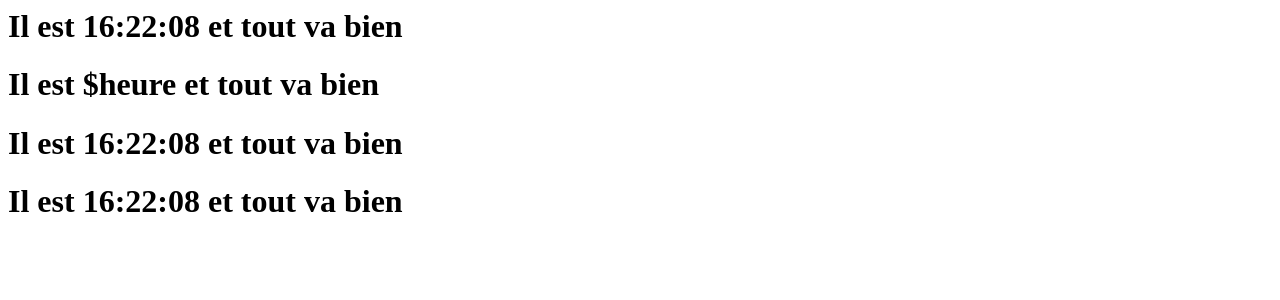
Repository: QuentinFayt/base-php-2021
Page: http://localhost/ouverture php+heure du serveur_exercice.php
The author's editor kept a copy of each file at every save. The page is drawn from the files as they stood at one save, then again after the next save.
The browser window is 1280 px wide. The pictures show the whole page.
The page is run by PHP 8.4 with error messages shown; the project is at /var/www/html/.

Above is the page before, as saved 2021-07-05 14:43:52.

After the next save:
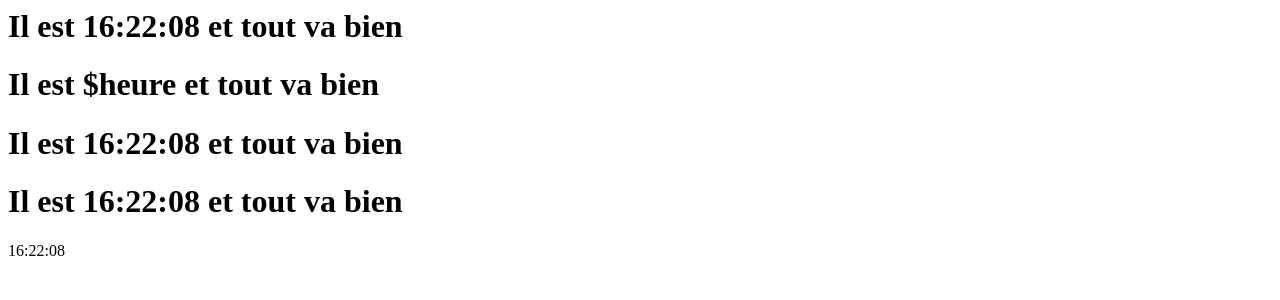
Saved 3 min 57 s later.
--- a/ouverture php+heure du serveur_exercice.php
+++ b/ouverture php+heure du serveur_exercice.php
@@ -6,3 +6,5 @@ echo "<h1>Il est $heure et tout va bien</h1>";
 echo '<h1>Il est $heure et tout va bien</h1>';
 echo '<h1>Il est '.$heure.' et tout va bien</h1>';
 echo '<h1>Il est ',$heure,' et tout va bien</h1>';
+?>
+<?=$heure //echo en abrégé?>
